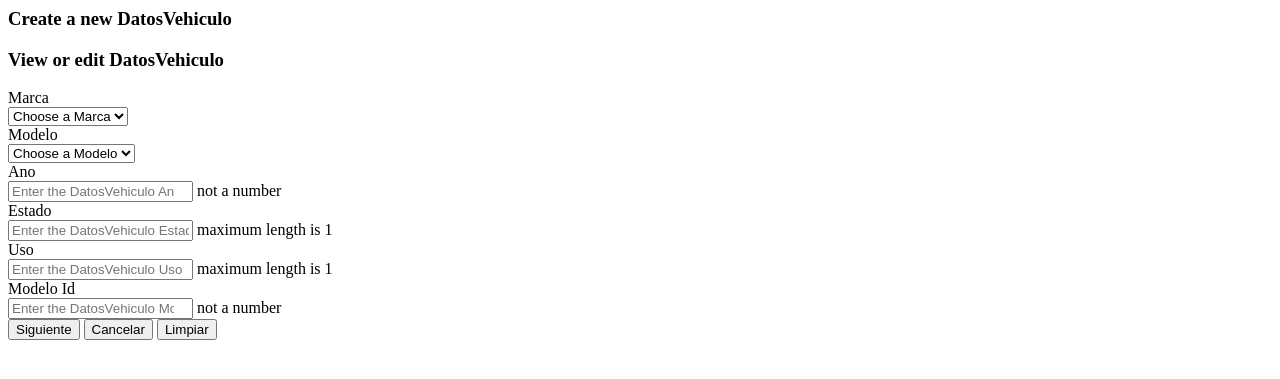
Repository: PabloRPalma/SistemaVentaSeguros
Page: Cotizador/src/main/webapp/views/DatosVehiculo/search.html
These files come from the project's save history. The page is drawn as it stood at one moment and after the next save; the edit follows.
The browser window is 1280 px wide. The pictures show the whole page.

Above is the page before, as saved 2021-02-05 11:14:14.

### Cotizador/src/main/webapp/views/DatosVehiculo/search.html
<header ng-switch on="$location.path().indexOf('/DatosVehiculos/new') > -1">
    <h3 ng-switch-when="true">Create a new DatosVehiculo</h3>
    <h3 ng-switch-when="false">View or edit DatosVehiculo</h3>
</header>
<form id="DatosVehiculoForm" name="DatosVehiculoForm" class="form-horizontal" role="form">

    <div class="form-group" ng-class="{'has-error': DatosVehiculoForm.marca.$invalid}">
        <label for="marca" class="col-sm-2 control-label">Marca</label>
        <div id="marcaControls" class="col-sm-10">
        <select id="marca" name="marca" class="form-control" ng-model="marcaSelection" ng-options="m.text for m in marcaSelectionList"  >
            <option value="">Choose a Marca</option>
        </select>
        </div>
    </div>

    <div class="form-group" ng-class="{'has-error': DatosVehiculoForm.modelo.$invalid}">
        <label for="modelo" class="col-sm-2 control-label">Modelo</label>
        <div id="modeloControls" class="col-sm-10">
        <select id="modelo" name="modelo" class="form-control" ng-model="modeloSelection" ng-options="m.text for m in modeloSelectionList"  >
            <option value="">Choose a Modelo</option>
        </select>
        </div>
    </div>

    <div class="form-group" ng-class="{'has-error': DatosVehiculoForm.ano.$invalid}">
        <label for="ano" class="col-sm-2 control-label">Ano</label>
        <div id="anoControls" class="col-sm-10">
            <input id="ano" name="ano" type="number" class="form-control" ng-model="datosVehiculo.ano" placeholder="Enter the DatosVehiculo Ano"></input>
            <span class="help-block error" ng-show="DatosVehiculoForm.ano.$error.number">not a number</span>
        </div>
    </div>

    <div class="form-group" ng-class="{'has-error': DatosVehiculoForm.estado.$invalid}">
        <label for="estado" class="col-sm-2 control-label">Estado</label>
        <div id="estadoControls" class="col-sm-10">
            <input id="estado" name="estado" type="text" ng-maxlength="1" class="form-control" ng-model="datosVehiculo.estado" placeholder="Enter the DatosVehiculo Estado"></input>
            <span class="help-block error" ng-show="DatosVehiculoForm.estado.$error.maxlength">maximum length is 1</span>
        </div>
    </div>

    <div class="form-group" ng-class="{'has-error': DatosVehiculoForm.uso.$invalid}">
        <label for="uso" class="col-sm-2 control-label">Uso</label>
        <div id="usoControls" class="col-sm-10">
            <input id="uso" name="uso" type="text" ng-maxlength="1" class="form-control" ng-model="datosVehiculo.uso" placeholder="Enter the DatosVehiculo Uso"></input>
            <span class="help-block error" ng-show="DatosVehiculoForm.uso.$error.maxlength">maximum length is 1</span>
        </div>
    </div>

    <div class="form-group" ng-class="{'has-error': DatosVehiculoForm.modeloId.$invalid}">
        <label for="modeloId" class="col-sm-2 control-label">Modelo Id</label>
        <div id="modeloIdControls" class="col-sm-10">
            <input id="modeloId" name="modeloId" type="number" class="form-control" ng-model="datosVehiculo.modeloId" placeholder="Enter the DatosVehiculo Modelo Id"></input>
            <span class="help-block error" ng-show="DatosVehiculoForm.modeloId.$error.number">not a number</span>
        </div>
    </div>


    <div class="form-group">
        <div class="col-sm-offset-2 col-sm-10">
            <button id="saveDatosVehiculo" name="saveDatosVehiculo" class="btn btn-primary" ng-disabled="isClean() || DatosVehiculoForm.$invalid" ng-click="save()"><span class="glyphicon glyphicon-ok-sign"></span> Siguiente</button>
            <button id="cancel" name="cancel" class="btn btn-default" ng-click="cancel()"><span class="glyphicon glyphicon-remove-sign"></span> Cancelar</button>
            <button id="deleteDatosVehiculo" name="deleteDatosVehiculo" class="btn btn-danger" ng-show="datosVehiculo.valorizacionId" ng-click="remove()"><span class="glyphicon glyphicon-trash"></span> Limpiar</button>
        </div>
    </div>
</form>

After the next save:
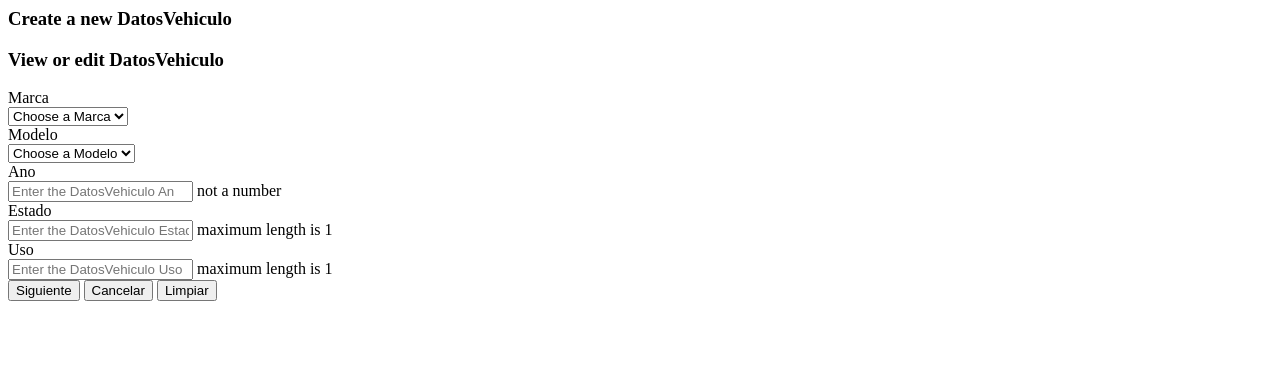
Saved 6 min 52 s later.
--- a/Cotizador/src/main/webapp/views/DatosVehiculo/search.html
+++ b/Cotizador/src/main/webapp/views/DatosVehiculo/search.html
@@ -46,13 +46,7 @@
         </div>
     </div>
 
-    <div class="form-group" ng-class="{'has-error': DatosVehiculoForm.modeloId.$invalid}">
-        <label for="modeloId" class="col-sm-2 control-label">Modelo Id</label>
-        <div id="modeloIdControls" class="col-sm-10">
-            <input id="modeloId" name="modeloId" type="number" class="form-control" ng-model="datosVehiculo.modeloId" placeholder="Enter the DatosVehiculo Modelo Id"></input>
-            <span class="help-block error" ng-show="DatosVehiculoForm.modeloId.$error.number">not a number</span>
-        </div>
-    </div>
+
 
 
     <div class="form-group">
